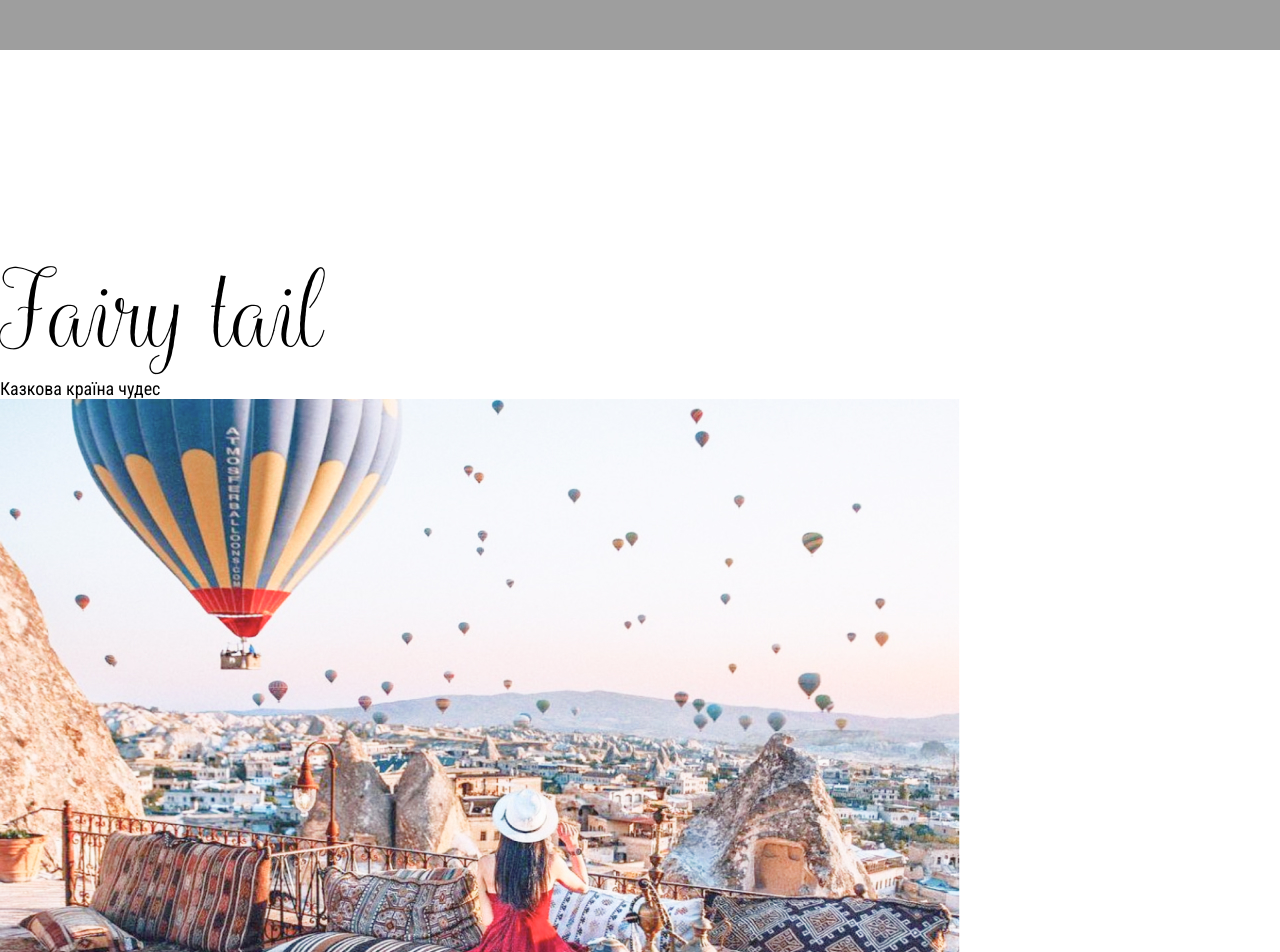
Repository: KYUUBI-K/cappadocia
Page: index.html
An editor plug-in stored every save of this project. The page is shown before and after the next save, followed by the edit.
The browser window is 1280 px wide. The pictures show the part of the page from y = 670 to 1622 px (the page is 2029 px tall before and 1880 px after).
Pictures or frames that could not be fetched are drawn as grey boxes.

Above is the page before, as saved 2025-08-17 18:16:58.

After the next save:
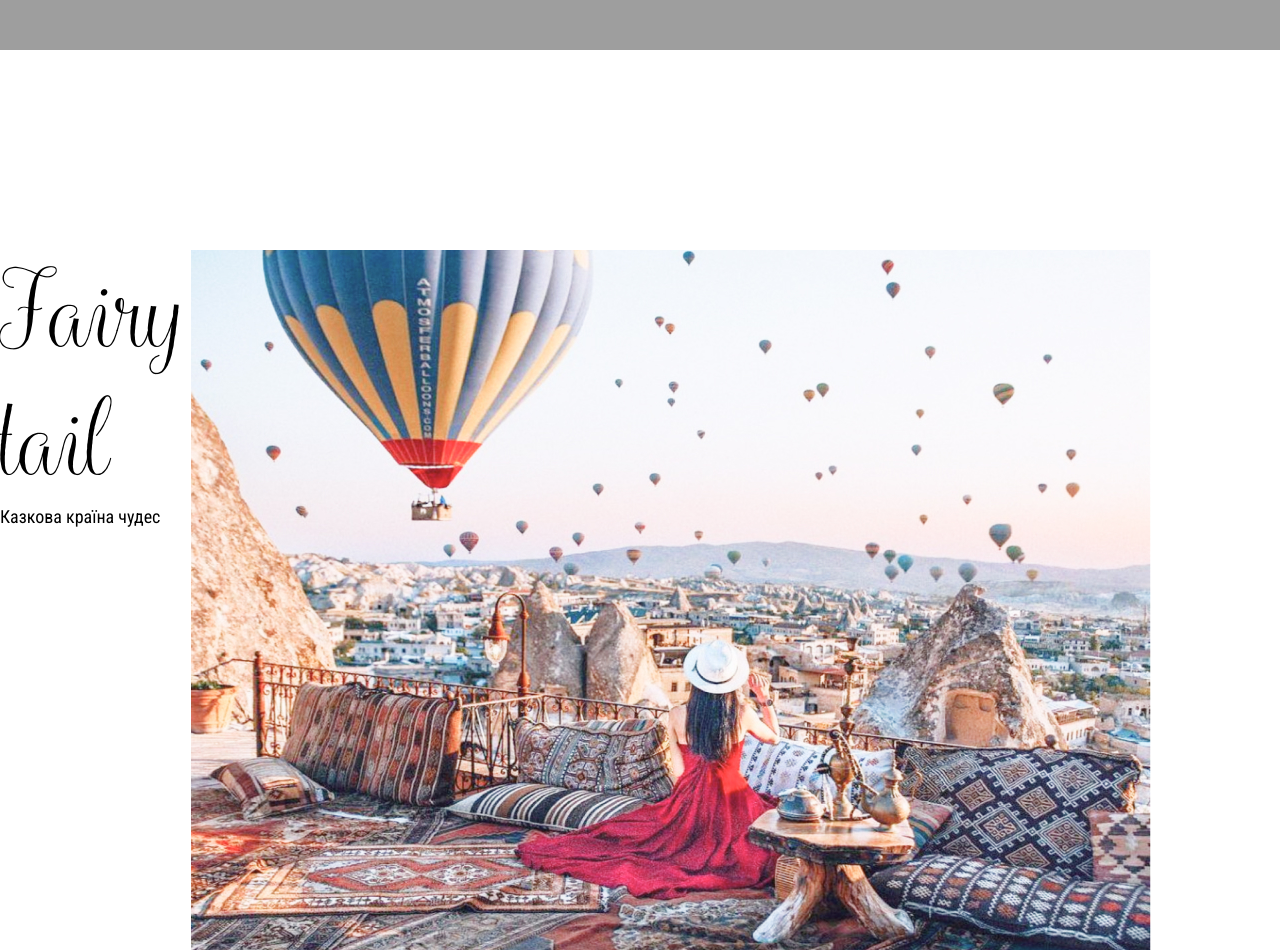
Saved 69 s later.
--- a/styles.css
+++ b/styles.css
@@ -193,3 +193,8 @@ body {
   font-weight: 300;
   /* line-height: 0; */
 }
+
+.about {
+  display: flex;
+  justify-content: space-between;
+}
